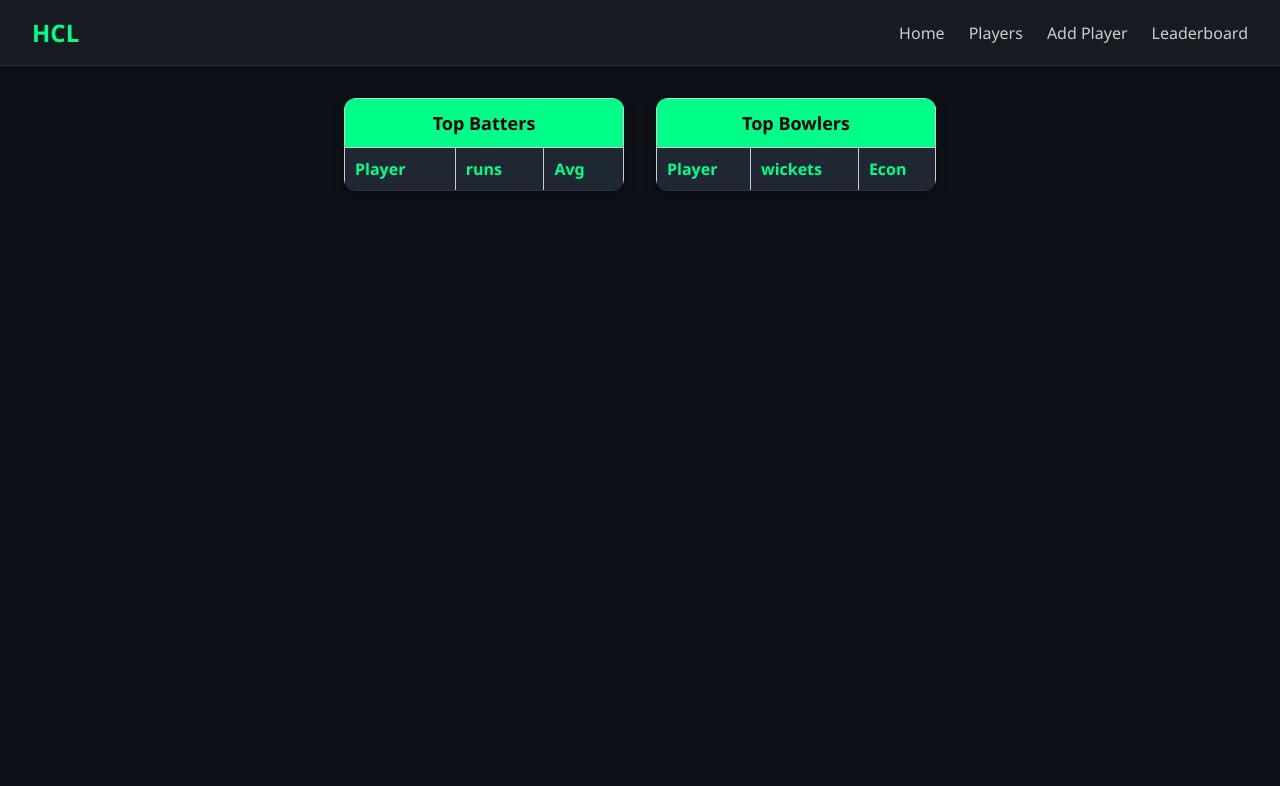
Repository: DanTastic-Dev/HCL
Page: / (app in cricket-app/)
An editor plug-in stored every save of this project. The page is shown before and after the next save, followed by the edit.
The browser window is 1280 px wide. The pictures show the whole page.
The page's requests for data from a server got no answer. The project was rebuilt for these pictures with package versions that can differ from the ones it lists, and the page was loaded fresh each time. No one was signed in, and anything a server would have sent is missing. Also part of the build but not shown: cricket-app/src/components/TopPerformers.jsx, cricket-app/src/components/IntroAnimation.css, cricket-app/src/components/PlayerForm.jsx, cricket-app/src/components/PlayerTable.jsx, cricket-app/src/pages/AddPlayerPage.jsx, cricket-app/src/components/PlayerCard.jsx, cricket-app/src/pages/ViewPlayersPage.jsx, cricket-app/src/pages/LeaderboardPage.jsx and 1 more.

Above is the page before, as saved 2025-06-18 15:02:30.

After the next save:
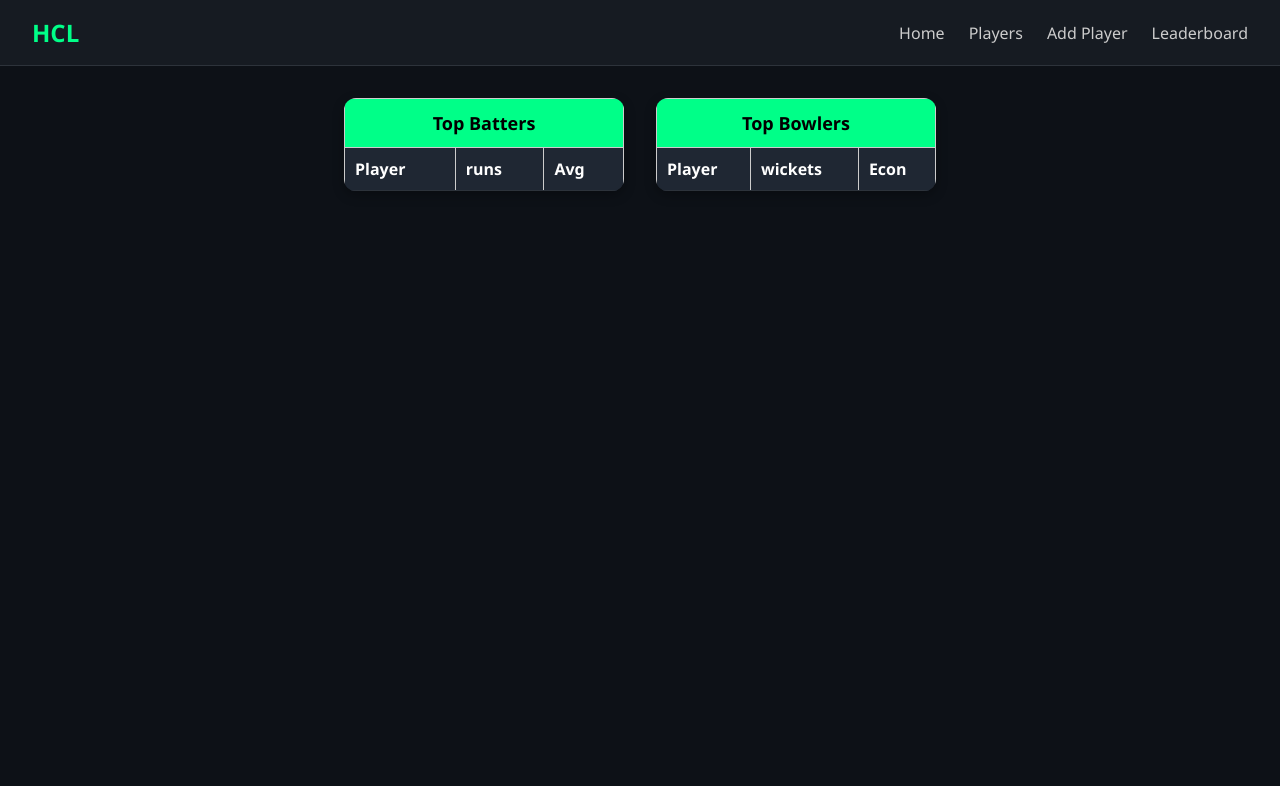
Saved 20 s later.
--- a/cricket-app/src/components/MiniLeaderboards.jsx
+++ b/cricket-app/src/components/MiniLeaderboards.jsx
@@ -63,21 +63,21 @@ const MiniLeaderboards = ({ players }) => {
                                     <th style={{
                                         padding: "10px",
                                         textAlign: "left",
-                                        color: "#00FF88",
+                                        color: "#ffffff",
                                         backgroundColor: "#1f2733",
                                         borderBottom: "1px solid #2D333B"
                                     }}>Player</th>
                                     <th style={{
                                         padding: "10px",
                                         textAlign: "left",
-                                        color: "#00FF88",
+                                        color: "#ffffff",
                                         backgroundColor: "#1f2733",
                                         borderBottom: "1px solid #2D333B"
                                     }}>{section.keys[0]}</th>
                                     <th style={{
                                         padding: "10px",
                                         textAlign: "left",
-                                        color: "#00FF88",
+                                        color: "#ffffff",
                                         backgroundColor: "#1f2733",
                                         borderBottom: "1px solid #2D333B"
                                     }}>{section.keys[1]}</th>
